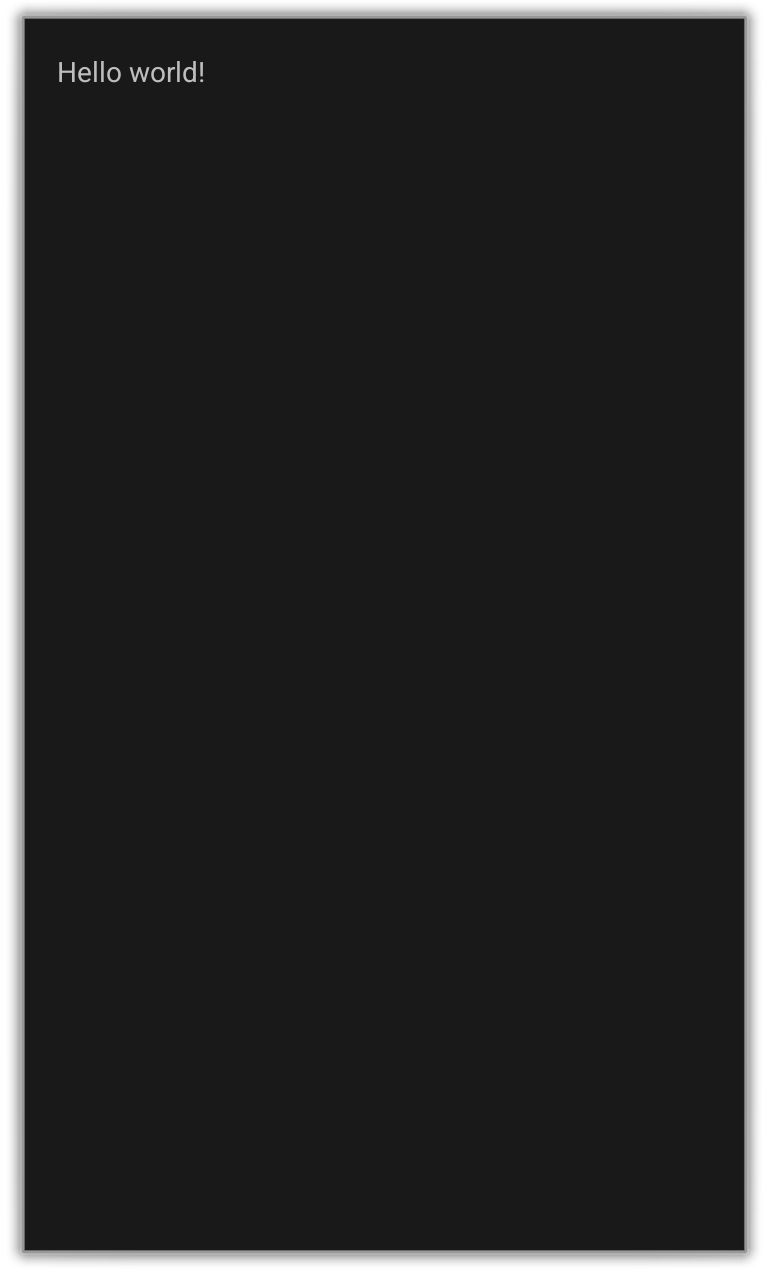
Repository: greatrakshit/Personal
Layout: POIRecorder/res/layout/activity_toll_booth.xml
These files come from the project's save history. The layout is drawn as it stood at one moment and after the next save; the edit follows.
It is drawn on a 768 x 1280 px phone screen (xhdpi) without system bars, with theme android:Theme.Dialog; the app's code is not run.

Above is the layout before, as saved 2014-09-14 12:42:34.

### POIRecorder/res/layout/activity_toll_booth.xml
<RelativeLayout xmlns:android="http://schemas.android.com/apk/res/android"
    xmlns:tools="http://schemas.android.com/tools"
    android:layout_width="match_parent"
    android:layout_height="match_parent"
    android:paddingBottom="@dimen/activity_vertical_margin"
    android:paddingLeft="@dimen/activity_horizontal_margin"
    android:paddingRight="@dimen/activity_horizontal_margin"
    android:paddingTop="@dimen/activity_vertical_margin"
    tools:context="com.ss.poirecorder.TollBoothActivity" >

    <TextView
        android:layout_width="wrap_content"
        android:layout_height="wrap_content"
        android:text="@string/hello_world" />

</RelativeLayout>

### POIRecorder/res/values/strings.xml
<?xml version="1.0" encoding="utf-8"?>
<resources>

    <string name="app_name">POI Recorder</string>
    <string name="action_settings">Settings</string>
    <string name="hello_world">Hello world!</string>
    <string name="enableGPS">POI Recorder needs GPS to be enabled to function properly. Do you want to enable it ?</string>
    <string name="yes">Yes</string>
    <string name="no">No</string>
    <string name="select_poi">Select Point Of Interest</string>
    <string name="exit">Exit Application</string>
    <string name="title_activity_main">MainActivity</string>
    <string name="add_poi">Add Point Of Interest</string>
    <string name="choose_poi">Choose POI Type</string>
    <string name="choose_facilities">Choose Facility Type</string>
    <string name="upload">Upload Data</string>
    <string name="save">Save</string>
    <string name="cancel">Cancel</string>
    <string name="name">Name</string>
    <string name="logout">Logout</string>
    <string name="statistics">Statistics</string>
    <string name="title_activity_poi">POI Recorder</string>
    <string name="poi_type_tollBooth">Toll Booth</string>
    <string name="poi_type_facilities">Facilities</string>
    <string name="poi_type_highwaySegments">Highway Segment</string>
    <string name="poi_type_milepost">Mile Post</string>
    <string name="subtype_facilities_restaurant">Restaurant</string>
    <string name="subtype_facilities_dhaba">Dhaba</string>
    <string name="subtype_facilities_vehicleRepairShop">Vehicle Repair Shop</string>
    <string name="subtype_facilities_policeStation">Police Station</string>
    <string name="subtype_facilities_clinic">Clinic</string>
    <string name="subtype_facilities_hospital">Hospital</string>
    <string name="subtype_facilities_groceryShop">Grocery Shop</string>
    <string name="subtype_facilities_farmerMarket">Farmer Market</string>
    <string name="attribute_tollbooth_sectionId">Section ID</string>
    <string name="attribute_tollbooth_numLanes">Number Of Lanes</string>
    <string name="attribute_tollbooth_collectionTarget">Collection Target</string>
    <string name="attribute_tollbooth_currentCollection">Current Collection</string>
    <string name="attribute_facilities_type">Type</string>
    <string name="attribute_facilities_name">Name</string>
    <string name="attribute_facilities_ownerName">Owner\'s Name</string>
    <string name="attribute_facilities_address1">Address 1</string>
    <string name="attribute_facilities_address2">Address 2</string>
    <string name="attribute_facilities_address3">Address 3</string>
    <string name="attribute_facilities_address4">Address 4</string>
    <string name="attribute_facilities_address5">Address 5</string>
    <string name="attribute_facilities_city">City</string>
    <string name="attribute_facilities_state">State</string>
    <string name="attribute_facilities_pincode">Pincode</string>
    <string name="attribute_facilities_phone1">Phone 1</string>
    <string name="attribute_facilities_phone2">Phone 2</string>
    <string name="attribute_highwaySegments_type">Type</string>
    <string name="attribute_highwaySegments_markerType">Marker Type</string>
    <string name="attribute_highwaySegments_name">Name</string>
    <string name="attribute_highwaySegments_ownerName">Owner Name</string>
    <string name="attribute_highwaySegments_contactNumber">Contact Number</string>
    <string name="attribute_milepost">Location</string>

    <string-array name="poi_list">
        <item>Facilities</item>
        <item>Highway Segment</item>
        <item>Mile Post</item>
        <item>Toll Booth</item>
    </string-array>
    <string-array name="facilities_list">
        <item>Clinic</item>
        <item>Dhaba</item>
        <item>Farmer Market</item>
        <item>Grocery Shop</item>
        <item>Hospital</item>
        <item>Police Station</item>
        <item>Restaurant</item>
        <item>Vehicle Repair Shop</item>
    </string-array>

    <string name="title_activity_poi_list">PoiList</string>
    <string name="title_activity_poi__dialog">Poi_Dialog</string>
    <string name="title_activity_facilities_dialog">FacilitiesDialog</string>
    <string name="title_activity_toll_booth">TollBoothActivity</string>
    <string name="title_activity_facility">FacilityActivity</string>
    <string name="title_activity_highway_segment">HighwaySegmentActivity</string>
    <string name="title_activity_milepost">MilepostActivity</string>

</resources>

Loaded but not shown: POIRecorder/res/values/dimens.xml (common file); POIRecorder/res/values-w820dp/dimens.xml (common file)

After the next save:
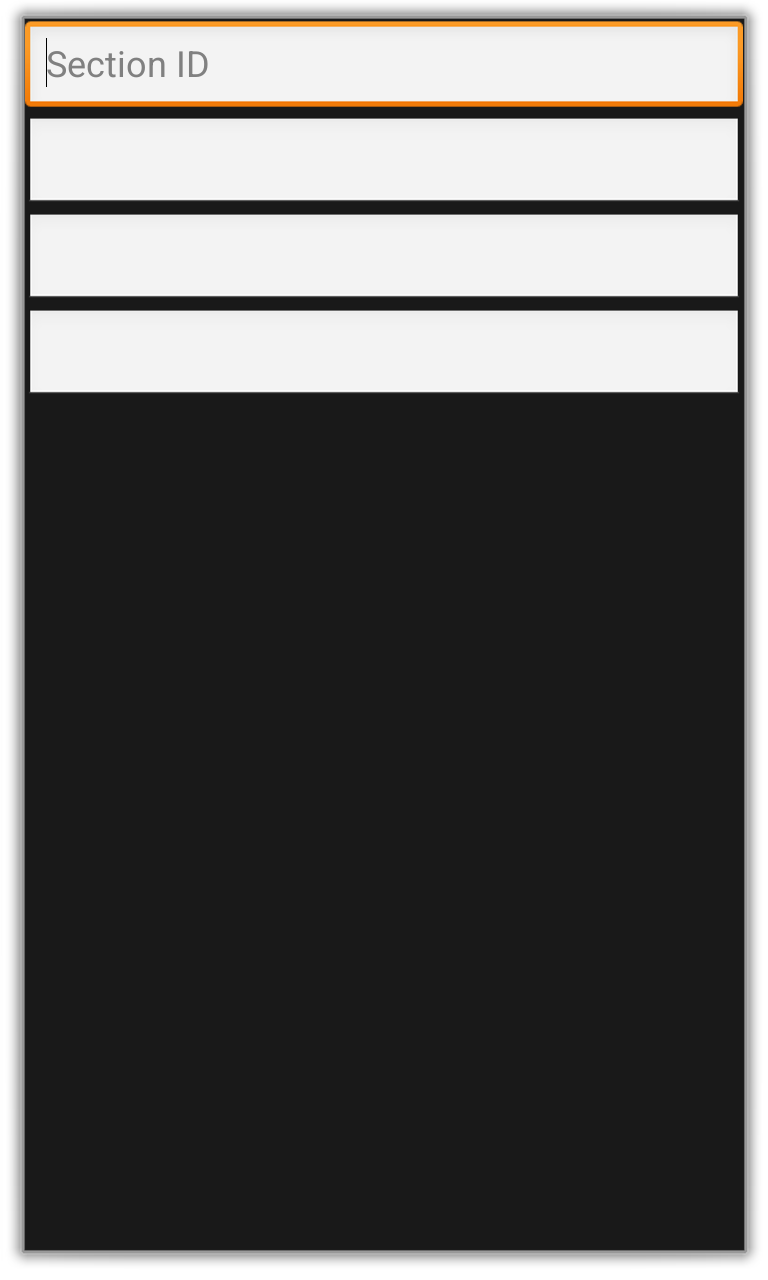
Saved 15 min 56 s later.
--- a/POIRecorder/res/layout/activity_toll_booth.xml
+++ b/POIRecorder/res/layout/activity_toll_booth.xml
@@ -1,16 +1,37 @@
-<RelativeLayout xmlns:android="http://schemas.android.com/apk/res/android"
-    xmlns:tools="http://schemas.android.com/tools"
-    android:layout_width="match_parent"
-    android:layout_height="match_parent"
-    android:paddingBottom="@dimen/activity_vertical_margin"
-    android:paddingLeft="@dimen/activity_horizontal_margin"
-    android:paddingRight="@dimen/activity_horizontal_margin"
-    android:paddingTop="@dimen/activity_vertical_margin"
-    tools:context="com.ss.poirecorder.TollBoothActivity" >
+<LinearLayout xmlns:android="http://schemas.android.com/apk/res/android"
+    android:layout_width="fill_parent"
+    android:layout_height="fill_parent"
+    android:orientation="vertical" >
 
-    <TextView
-        android:layout_width="wrap_content"
+    <EditText
+        android:id="@+id/editText1"
+        android:layout_width="match_parent"
         android:layout_height="wrap_content"
-        android:text="@string/hello_world" />
+        android:ems="10"
+        android:hint="@string/attribute_tollbooth_sectionId" >
 
-</RelativeLayout>
+        <requestFocus />
+    </EditText>
+
+    <EditText
+        android:id="@+id/editText2"
+        android:layout_width="match_parent"
+        android:layout_height="wrap_content"
+        android:ems="10"
+        android:inputType="number" />
+
+    <EditText
+        android:id="@+id/editText3"
+        android:layout_width="match_parent"
+        android:layout_height="wrap_content"
+        android:ems="10"
+        android:inputType="number" />
+
+    <EditText
+        android:id="@+id/editText4"
+        android:layout_width="match_parent"
+        android:layout_height="wrap_content"
+        android:ems="10"
+        android:inputType="number" />
+
+</LinearLayout>
